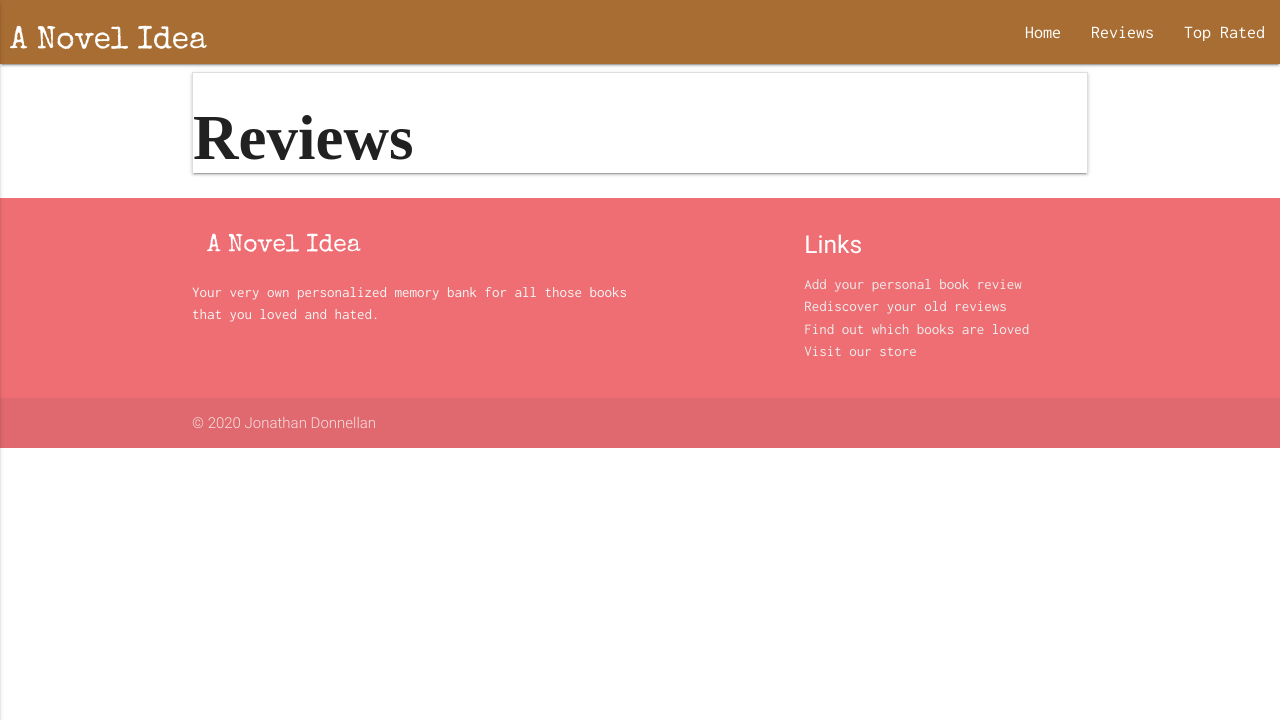
Repository: johnny-don/a-novel-idea
Page: http://localhost/
The author's editor kept a record of every edit. The page is drawn from the files as they stood at one moment, then again after the next edit.
The browser window is 1280 px wide. The pictures show the whole page.
Some web libraries are served in a nearby version. The page is served by the project's application, run on Flask 3 (app.py). Queries for data that is not in the repository find no rows.

Above is the page before.

After the next edit:
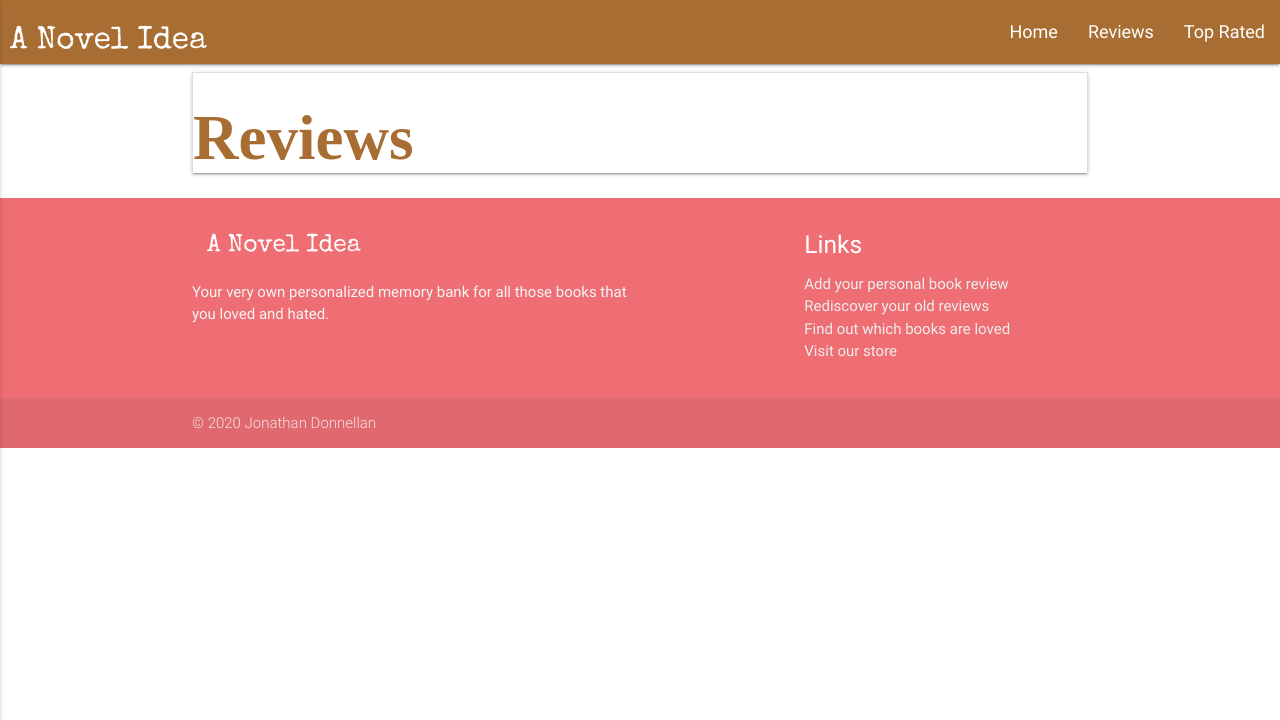
The edit:
--- a/static/css/style.css
+++ b/static/css/style.css
@@ -27,6 +27,8 @@
 .headline {
    font-family: 'Bitter', serif;
     font-weight: bold;
+    color: #a86d32;
+}
 }
 
 .text-font {
